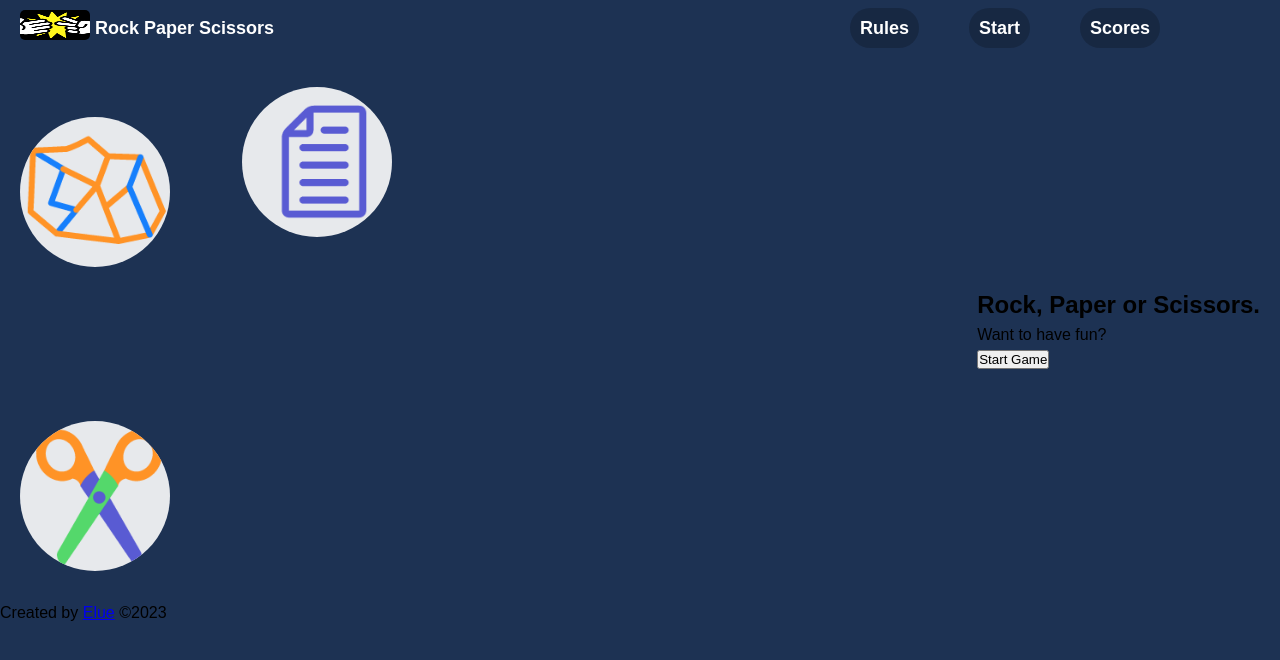
Repository: MikkyPrestige/rock-paper-scissors
Page: index.html
The author's editor kept a copy of each file at every save. The page is drawn from the files as they stood at one save, then again after the next save.
The browser window is 1280 px wide. The pictures show the whole page.

Above is the page before, as saved 2023-05-08 04:45:18.

### index.html
<!DOCTYPE html>
<html lang="en">

<head>
  <meta charset="UTF-8">
  <meta http-equiv="X-UA-Compatible" content="IE=edge">
  <meta name="viewport" content="width=device-width, initial-scale=1.0">
  <title>Rock, Paper or Scissors Game</title>
  <link rel="stylesheet" href="./index.css">
  <!-- <script src="./index.js" defer></script> -->
</head>

<body>
  <main>
    <header>
      <figure>
        <a href="/">
          <img src="./img/logo.png" alt="Logo" class="logo">
        </a>
        <figcaption>Rock Paper Scissors</figcaption>
      </figure>
      <nav>
        <ul>
          <li><a href="#">Rules</a></li>
          <li><a href="#">Start</a></li>
          <li><a href="#">Scores</a></li>
        </ul>
      </nav>
    </header>
    <section class="home">
      <div class="images">
        <img src="./img/Rock.gif" alt="Rock image" class="img rock">
        <img src="./img/Paper.gif" alt="Paper image" class="img paper">
        <img src="./img/Scissors.gif" alt="Scissors image" class="img scissors">
      </div>
      <div class="content">
        <h1>Rock, Paper or Scissors.</h1>
        <p>Want to have <span>fun?</span></p>
        <button type="submit" class="btn">Start Game</button>
      </div>
    </section>

    <footer>
      <p>Created by <a href="#" target="_blank">Elue</a> &copy;2023</p>
    </footer>
  </main>
</body>

</html>

### index.css
*,
*::after,
*::before {
  box-sizing: border-box;
  margin: 0;
  padding: 0;
}

html {
  font-size: 62.5%;
}

body {
  font-family: "Fira Sans", sans-serif;
  font-size: 1.6rem;
  line-height: 1.5;
  background: rgba(29, 50, 83, 1);
  width: 100%;
  height: 100%;
}

main {
  display: flex;
  flex-direction: column;
  justify-content: center;
  gap: 2rem;
  height: 100%;
  width: 100%;
}

header {
  display: flex;
  justify-content: space-between;
  align-items: center;
  padding: 1rem 2rem;
  width: 100%;
  height: auto;
}

figure {
  display: flex;
  align-items: center;
  gap: .5rem;
  height: auto;
}

.logo {
  width: 7rem;
  height: 3rem;
  border-radius: .5rem;
  -webkit-border-radius: .5rem;
  -moz-border-radius: .5rem;
  -ms-border-radius: .5rem;
  -o-border-radius: .5rem;
}

figcaption {
  font-size: 1.8rem;
  font-weight: 600;
  color: rgba(255, 255, 255, 1);
}

nav {
  height: auto;
  margin-right: 10rem;
}

ul {
  display: flex;
  justify-content: center;
  align-items: center;
  gap: 5rem;
  list-style: none;
}

li a {
  font-size: 1.8rem;
  font-weight: 600;
  color: rgba(255, 255, 255, 1);
  background: linear-gradient(0deg, rgba(0, 0, 0, 0.2), rgba(0, 0, 0, 0.2)), #1D3253;
  text-decoration: none;
  padding: 1rem;
  border-radius: 2rem;
}

li a:hover {
  background: rgba(255, 255, 255, 1);
  color: rgba(29, 50, 83, 1);
  text-decoration: underline;
}

.home {
  display: flex;
  justify-content: space-between;
  align-items: center;
  padding: 1rem 2rem;
  width: 100%;
  height: 70vh;
}

.images {
  position: relative;
  height: 100%;
  flex-basis: 30%;
}

.img {
  background: rgba(253, 253, 253, 0.9);
  border-radius: 50%;
  -webkit-border-radius: 50%;
  -moz-border-radius: 50%;
  -ms-border-radius: 50%;
  -o-border-radius: 50%;
  width: 15rem;
  height: 15rem;
}

.rock {
  position: absolute;
  top: 3rem;
  left: 0;
}

.paper {
  position: absolute;
  top: 0;
  right: 0;
}

.scissors {
  position: absolute;
  bottom: 0;
  left: 0;
}

After the next save:
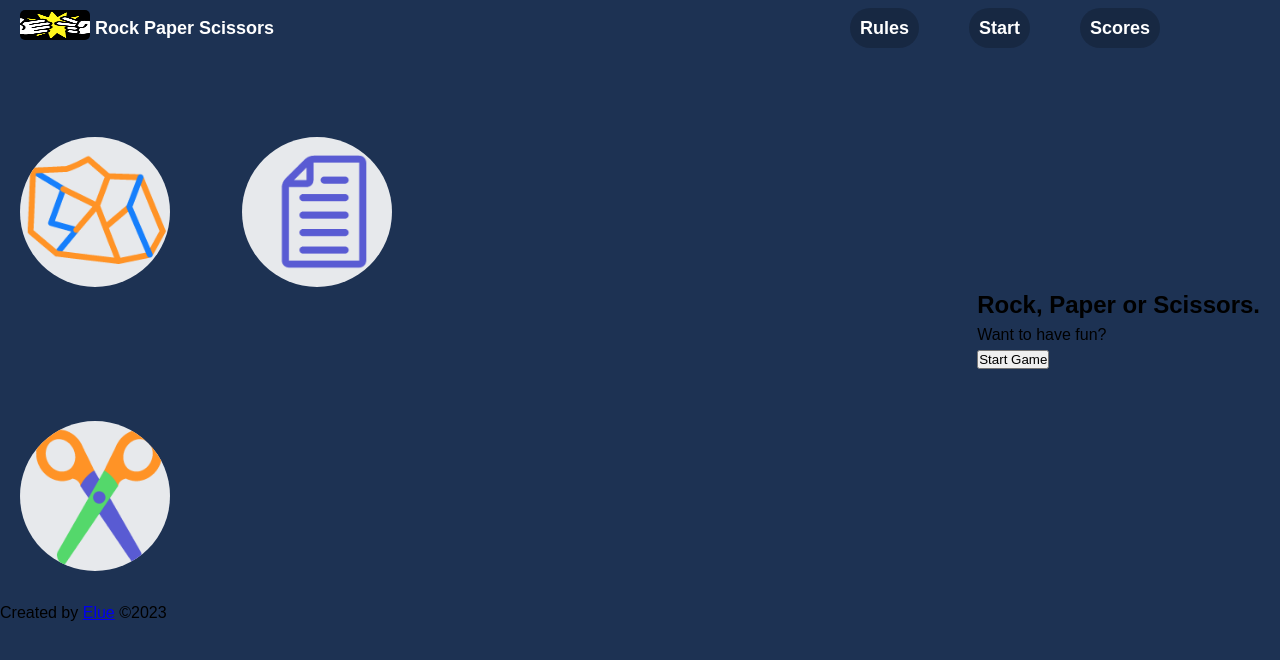
Saved 12 s later.
--- a/index.css
+++ b/index.css
@@ -117,13 +117,13 @@ li a:hover {
 
 .rock {
   position: absolute;
-  top: 3rem;
+  top: 5rem;
   left: 0;
 }
 
 .paper {
   position: absolute;
-  top: 0;
+  top: 5rem;
   right: 0;
 }
 
